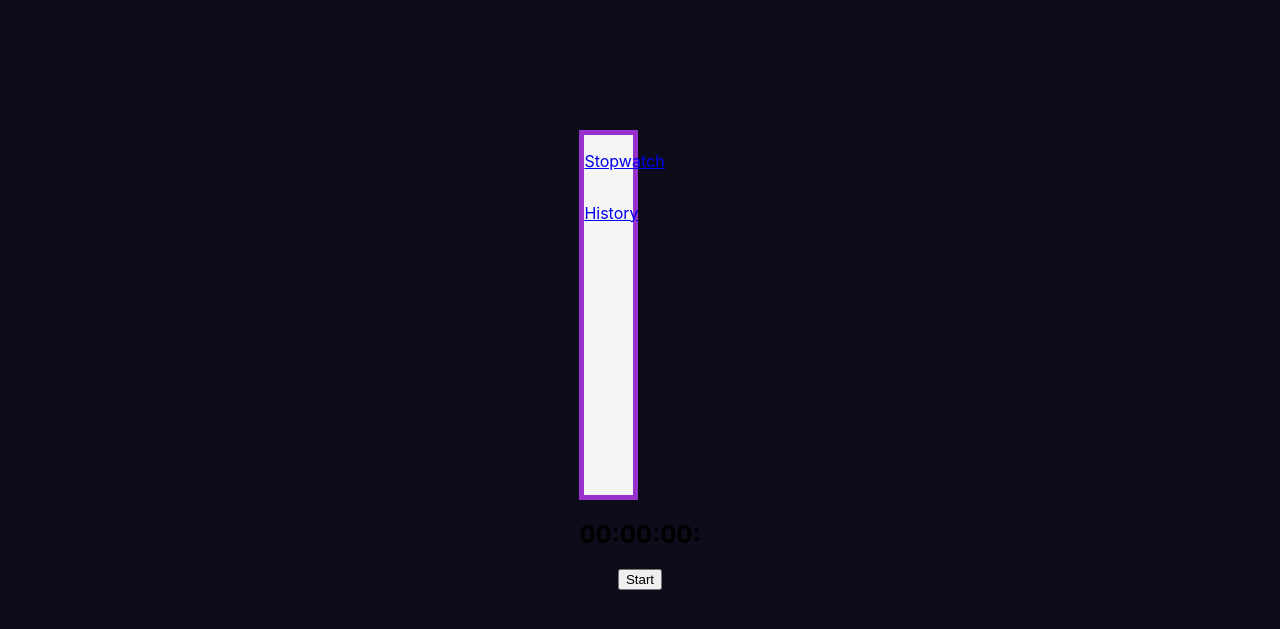
Repository: NicolasRSJ/fastdoubleclick
Page: /
An editor plug-in stored every save of this project. The page is shown before and after the next save, followed by the edit.
The browser window is 1280 px wide. The pictures show the whole page.
The project was rebuilt for these pictures with package versions that can differ from the ones it lists, and the page was loaded fresh each time.

Above is the page before, as saved 2022-10-27 20:23:47.

### src/App.js
import './App.css';
import { Stopwatch } from './Views/Stopwatch/Index';


function App() {
  return (
    <div className="App">
      <Stopwatch/>
    </div>
  );
}

export default App;

### src/App.css
.App {
  background-color: #0d0c1b;
  width: 100vw;
  height: 100vh;
  display: flex;
  flex-direction: column;
  align-items: center;
  justify-content: center;
  text-align: center;
}

### src/Views/Stopwatch/Index.jsx
import React, { useState, useEffect } from 'react'
import "./Index.css"

export const Stopwatch = () => {

    const [ time, setTimer ] = useState(0)
    const [ start, setStart ] = useState(false)

    useEffect(() => {
        let interval = null;

        if(start) {
            interval = setInterval(() => {
                setTimer(prevTime => prevTime + 10)
            }, 10);
        }else {
            clearInterval(interval);
        }

        return () => clearInterval(interval)
    }, [start])

    const HandlerButton = () => {
        if(start === false) {
            setStart(true)
        }else {
            setStart(false)
        }
    }

  return (
    <div className="container">
        <nav className="navigation">
            <p><a href='/'>Stopwatch</a></p>
            <p><a href='/historic'>History</a></p>
        </nav>
        <section className="contents">
            <h1>
                <span>{("0" + Math.floor((time / 60000) % 60)).slice(-2)}:</span>
                <span>{("0" + Math.floor((time / 1000) % 60)).slice(-2)}:</span>
                <span>{("0" + (time / 10) % 1000).slice(-2)}:</span>
            </h1>
            <button onClick={() => <HandlerButton/>}>Start</button>
        </section>
    </div>
  )
}

### src/Views/Stopwatch/Index.css
.navigation {
    width: 40%;
    height: 50vh;
    display: flex;
    flex-direction: column;
    background-color: whitesmoke;
    border: 5px solid darkorchid;
}

Loaded but not shown: public/index.html (common file); src/index.js (common file); src/index.css (common file); src/reportWebVitals.js (common file)

After the next save:
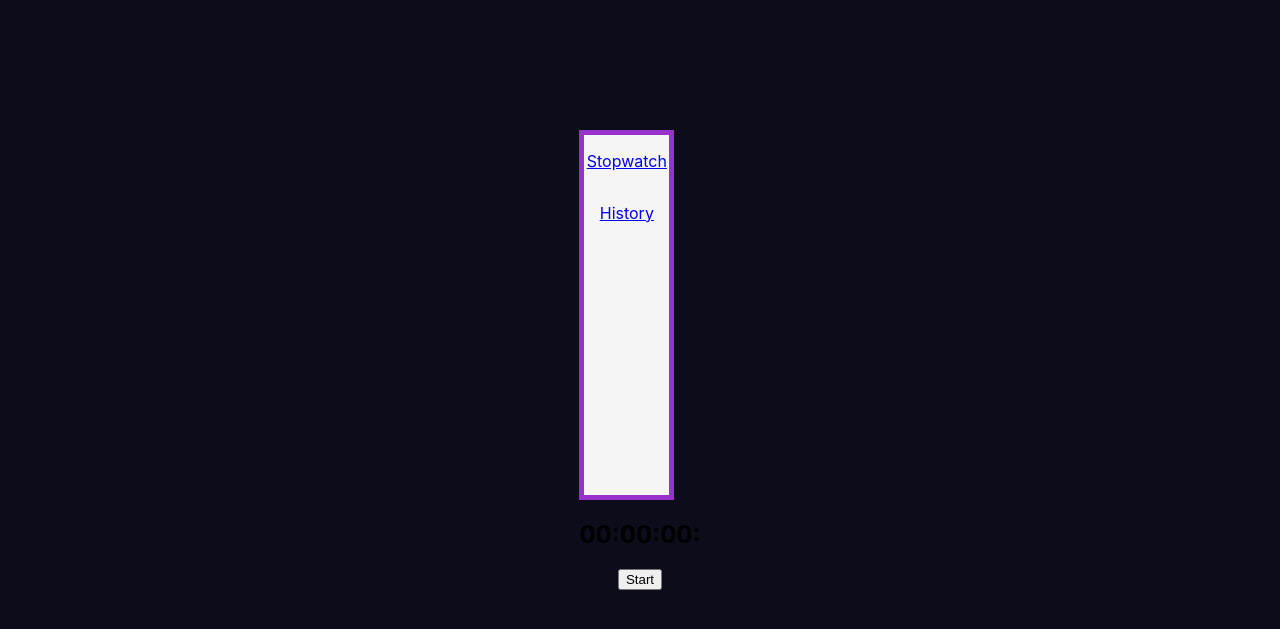
Saved 20 s later.
--- a/src/Views/Stopwatch/Index.css
+++ b/src/Views/Stopwatch/Index.css
@@ -1,5 +1,5 @@
 .navigation {
-    width: 40%;
+    width: 70%;
     height: 50vh;
     display: flex;
     flex-direction: column;
